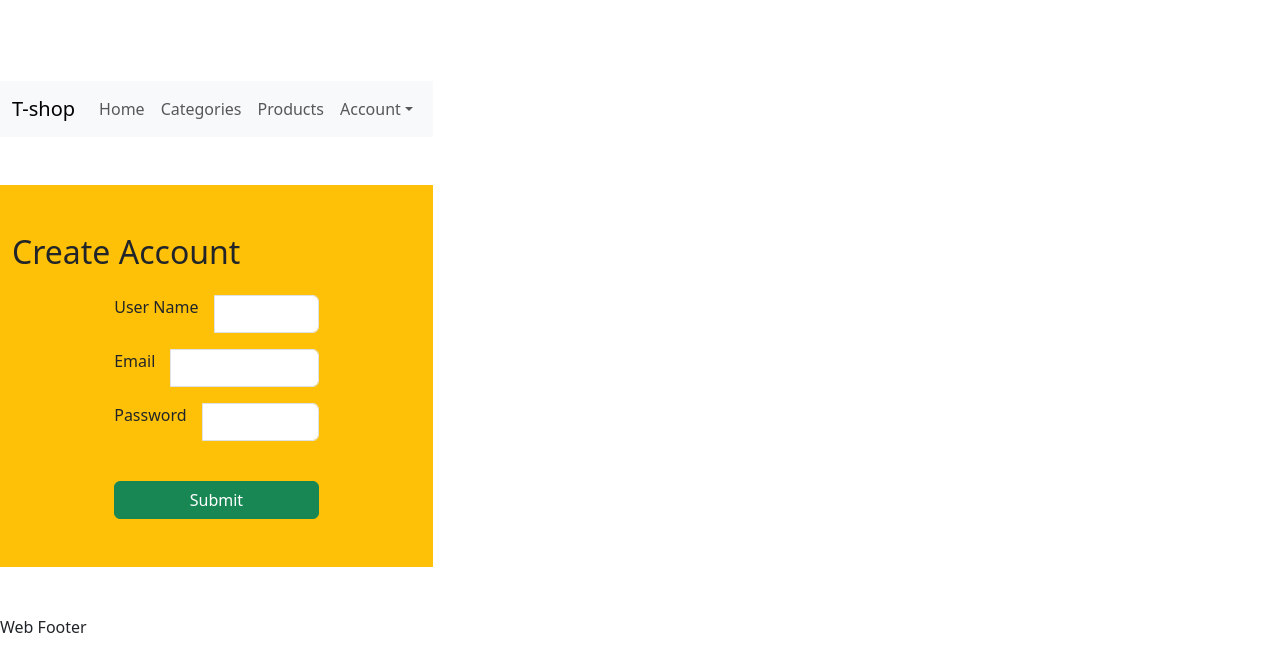
Repository: HadelAbdellatif/ecommerce1
Page: /register
The author's editor kept a copy of each file at every save. The page is drawn from the files as they stood at one save, then again after the next save.
The browser window is 1280 px wide. The pictures show the whole page.
The project was rebuilt for these pictures with package versions that can differ from the ones it lists, and the page was loaded fresh each time. Also part of the build but not shown: vite.config.js, src/components/web/home/Home.jsx, src/components/web/categories/Categories.jsx, src/components/dashboard/navbar/Navbar.jsx, src/components/dashboard/footer/Footer.jsx, src/layouts/DashboardLayout.jsx, src/components/dashboard/home/Home.jsx, src/components/dashboard/categories/Categories.jsx.

Above is the page before, as saved 2023-11-25 15:13:30.

After the next save:
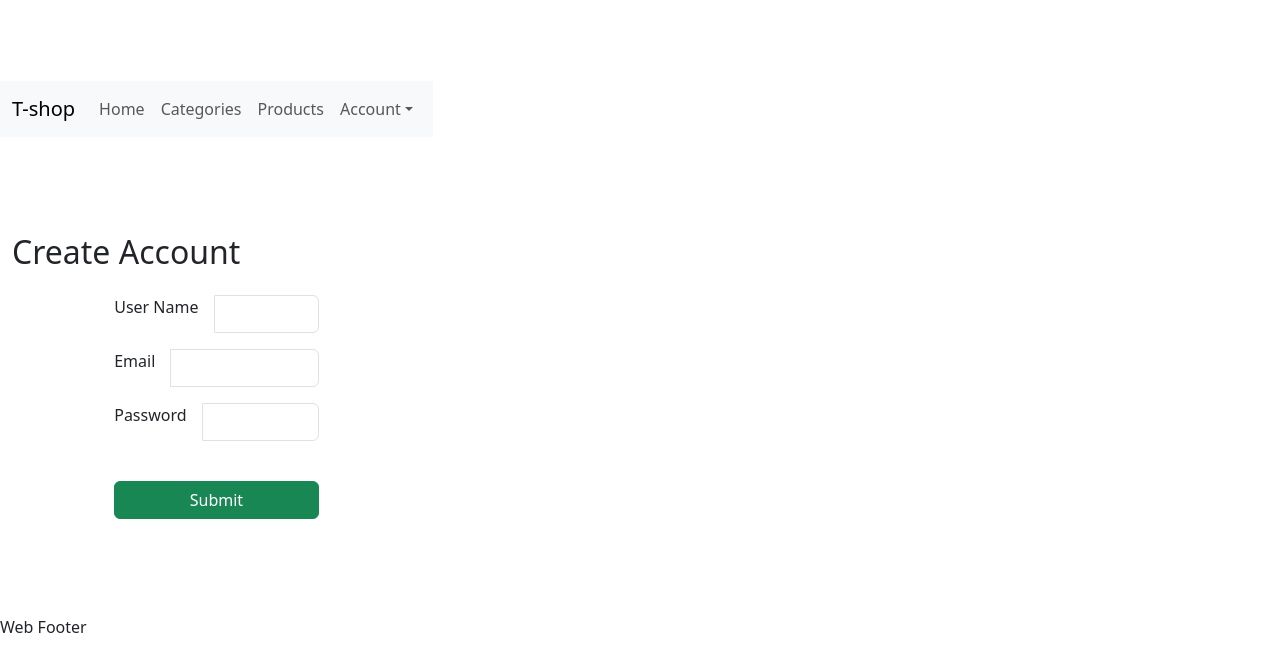
Saved 17 s later.
--- a/src/components/web/register/Register.jsx
+++ b/src/components/web/register/Register.jsx
@@ -82,7 +82,7 @@ export default function Register() {
 
     return (
         <>
-            <div className="container bg-warning my-5 py-5">
+            <div className="container my-5 py-5">
                 <h2>Create Account</h2>
                 <div className='d-flex justify-content-center'>
                     <form onSubmit={formik.handleSubmit} className='w-50'>
